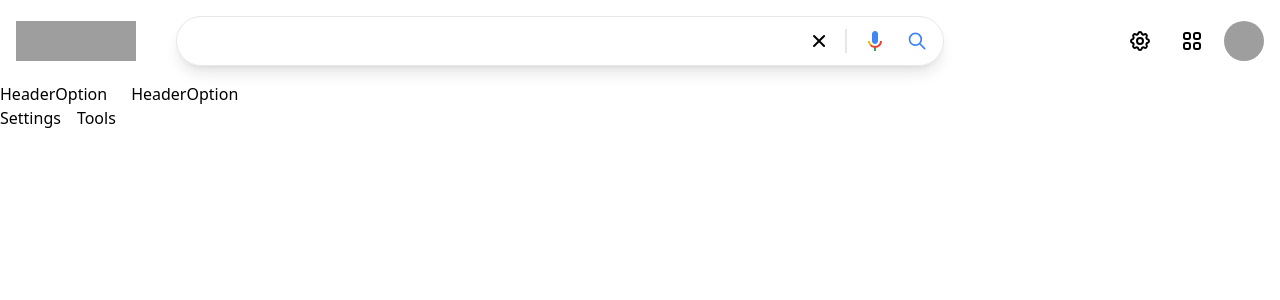
Repository: SehajBindra/Google-clone
Page: /search
The author's editor kept a copy of each file at every save. The page is drawn from the files as they stood at one save, then again after the next save.
The browser window is 1280 px wide. The pictures show the whole page.
Pictures or frames that could not be fetched are drawn as grey boxes. The project was rebuilt for these pictures with package versions that can differ from the ones it lists, and the page was loaded fresh each time. The framework's server and built-in components were replaced by stand-ins that run in the browser. Also part of the build but not shown: next.config.js.

Above is the page before, as saved 2022-08-15 23:05:16.

After the next save:
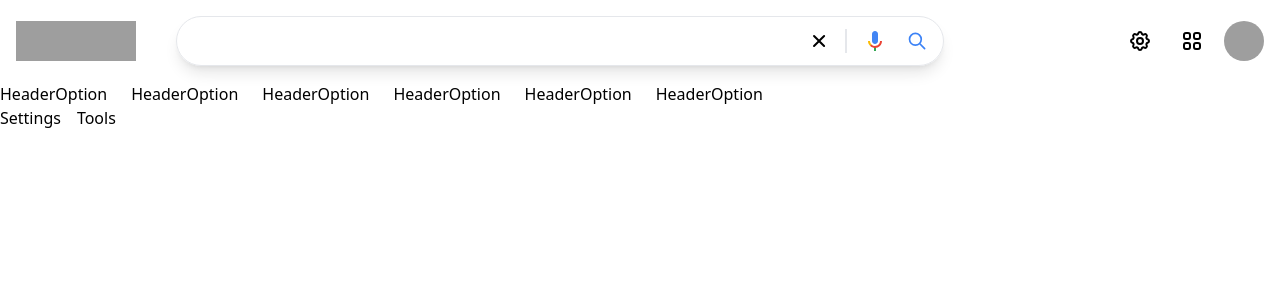
Saved 2 min 14 s later.
--- a/Components/HeaderOptions.js
+++ b/Components/HeaderOptions.js
@@ -13,8 +13,12 @@
     <div>
       {/* left */}
       <div className="flex space-x-6">
+        <HeaderOption src="/images/all.svg" title="All" />
         <HeaderOption Icon={NewspaperIcon} title="News" />
         <HeaderOption Icon={PhotographIcon} title="Images" />
+        <HeaderOption Icon={PlayIcon} title="Videos" />
+        <HeaderOption Icon={MapIcon} title="Maps" />
+        <HeaderOption Icon={DotsHorizontalIcon} title="More" />
       </div>
       {/* right */}
       <div className="flex items-center space-x-4 ">
